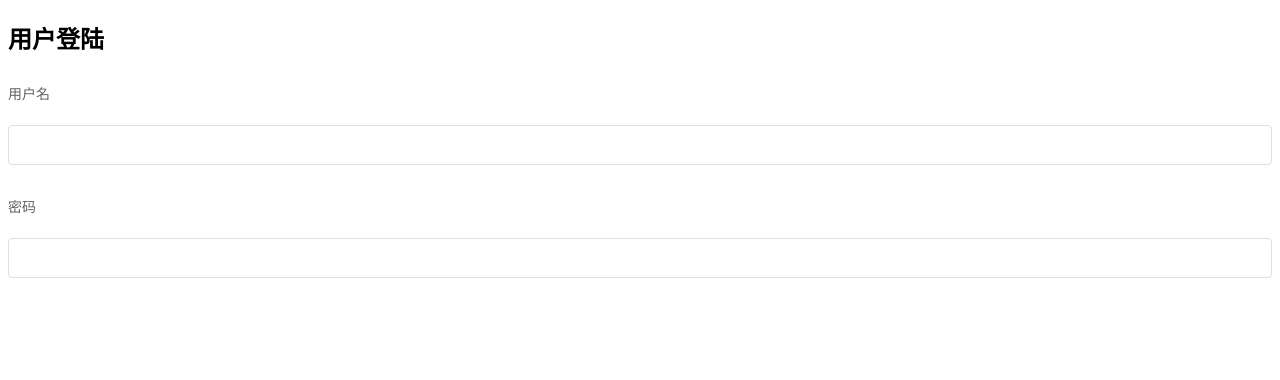
Repository: StenphonCook/mallmanger_my
Page: /#/login
The author's editor kept a copy of each file at every save. The page is drawn from the files as they stood at one save, then again after the next save.
The browser window is 1280 px wide. The pictures show the whole page.
The project was rebuilt for these pictures with package versions that can differ from the ones it lists, and the page was loaded fresh each time.

Above is the page before, as saved 2022-05-17 10:27:20.

### index.html
<!DOCTYPE html>
<html>
  <head>
    <meta charset="utf-8">
    <meta name="viewport" content="width=device-width,initial-scale=1.0">
    <title>mallmanager_my</title>
  </head>
  <body>
    <div id="app"></div>
    <!-- built files will be auto injected -->
  </body>
</html>

### src/main.js
// The Vue build version to load with the `import` command
// (runtime-only or standalone) has been set in webpack.base.conf with an alias.
import Vue from 'vue'
import App from './App'
import router from './router'
import ElementUI from 'element-ui';
import 'element-ui/lib/theme-chalk/index.css';
Vue.use(ElementUI);

Vue.config.productionTip = false

/* eslint-disable no-new */
new Vue({
    el: '#app',
    router,
    // render:(h)=>h{App}下方代码等价写法，
    components: { App },
    template: '<App/>'
})

### src/router/index.js
import Vue from 'vue'
import Router from 'vue-router'
import Login from '@/components/login/login.vue'

Vue.use(Router)

export default new Router({
    routes: [{
        name: 'login',
        path: '/login',
        component: Login
    }]
})

### src/components/login/login.vue
<template>
  <div>
    <el-form
    label-position="top"
    label-width="80px"
    :model="formdata">
    <h2>用户登陆</h2>
        <el-form-item label="用户名">
            <el-input v-model="formdata.name"></el-input>
        </el-form-item>
        <el-form-item label="密码">
            <el-input v-model="formdata.password"></el-input>
        </el-form-item>
    </el-form>
  </div>
</template>

<script>
export default {
    name:'Login',
    data () {
        return {
            formdata:{
                username:'',
                password:''
            }
        }
    }
}
</script>

<style>

</style>

Loaded but not shown: src/App.vue (common file)

After the next save:
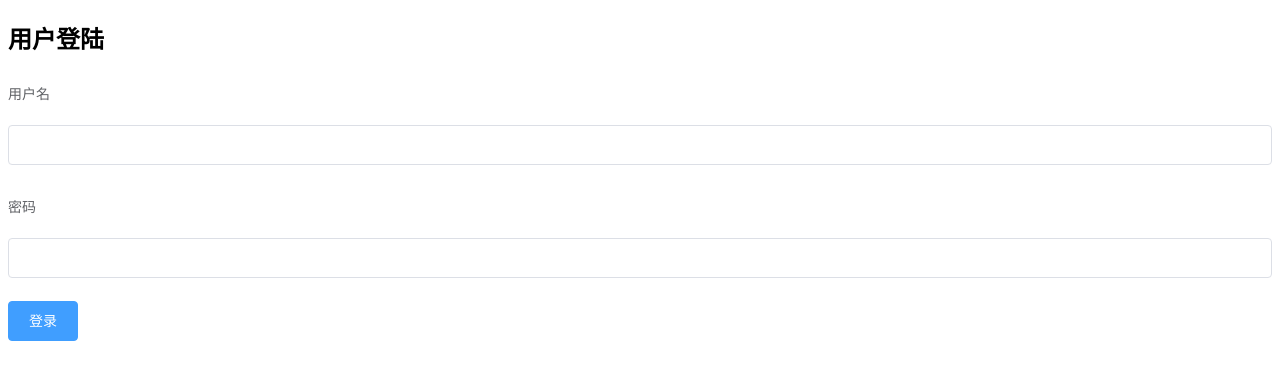
Saved 44 s later.
--- a/src/components/login/login.vue
+++ b/src/components/login/login.vue
@@ -11,6 +11,7 @@
         <el-form-item label="密码">
             <el-input v-model="formdata.password"></el-input>
         </el-form-item>
+        <el-button type="primary">登录</el-button>
     </el-form>
   </div>
 </template>
